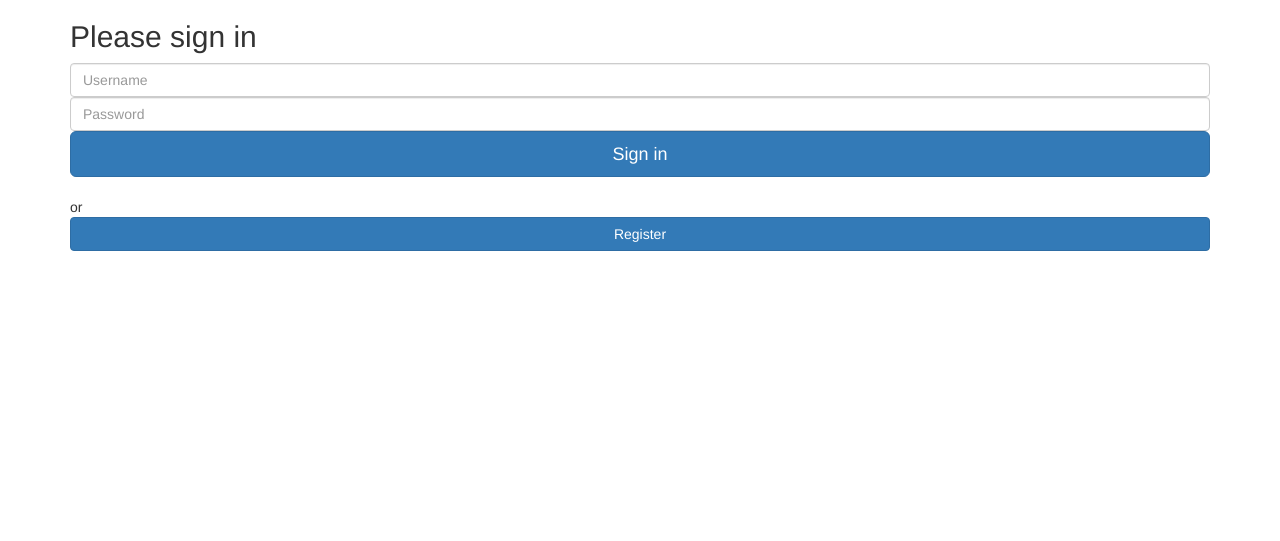
Repository: aaikinsm/FDM-Programs
Page: http://localhost/SoloProject/createExam.jsp
These files come from the project's save history. The page is drawn as it stood at one moment and after the next save; the edit follows.
The browser window is 1280 px wide. The pictures show the whole page.
Some web libraries are served in a nearby version. The page is served by Tomcat 9. Other server files are loaded and not shown.

Above is the page before, as saved 2017-05-26 18:28:02.

### SoloProject/WebContent/login.jsp
<%@ page language="java" contentType="text/html; charset=ISO-8859-1"
    pageEncoding="ISO-8859-1"%>
<!DOCTYPE html PUBLIC "-//W3C//DTD HTML 4.01 Transitional//EN" "http://www.w3.org/TR/html4/loose.dtd">
<html>
<head>
<meta http-equiv="Content-Type" content="text/html; charset=ISO-8859-1">
<title>Login</title>

<!-- Latest compiled and minified CSS -->
<link rel="stylesheet" href="https://maxcdn.bootstrapcdn.com/bootstrap/3.3.7/css/bootstrap.min.css" integrity="sha384-BVYiiSIFeK1dGmJRAkycuHAHRg32OmUcww7on3RYdg4Va+PmSTsz/K68vbdEjh4u" crossorigin="anonymous">

</head>
<body>
	<!--<h1>Login</h1>
	<h2 class="error" style="color:red">${errorMsg} </h2>
	 <form action="login" method="post">
		username: <input type="text" name="username"><br/>
		password: <input type="password" name="password"><br/>
		<input type="submit" value="login">
	</form>
	<br/> -->

	<div class="container">

      <form class="form-signin" action="login" method="post">
        <h2 class="form-signin-heading">Please sign in</h2>
        <h4 class="error" style="color:red">${errorMsg} </h4>
        <label for="username" class="sr-only">Username</label>
        <input type="text" id="username" name="username" class="form-control" placeholder="Username" required>
        <label for="inputPassword" class="sr-only">Password</label>
        <input type="password" id="inputPassword" name="password" class="form-control" placeholder="Password" required>
        <button class="btn btn-lg btn-primary btn-block" type="submit">Sign in</button>
      </form>
      	<br/>
      	or
		<br/>
		<a class="btn btn-primary btn-block" href="register">Register</a>

    </div>
</body>
</html>

After the next save:
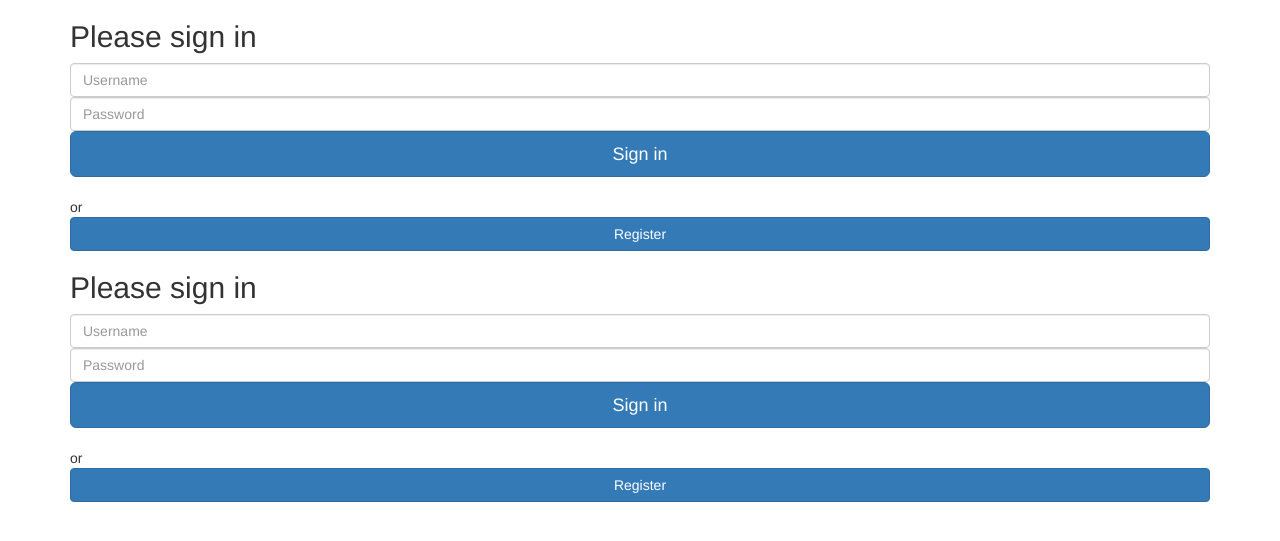
Console error: SyntaxError: Unexpected end of input
Saved 9 min 47 s later.
--- a/SoloProject/WebContent/login.jsp
+++ b/SoloProject/WebContent/login.jsp
@@ -8,7 +8,12 @@
 
 <!-- Latest compiled and minified CSS -->
 <link rel="stylesheet" href="https://maxcdn.bootstrapcdn.com/bootstrap/3.3.7/css/bootstrap.min.css" integrity="sha384-BVYiiSIFeK1dGmJRAkycuHAHRg32OmUcww7on3RYdg4Va+PmSTsz/K68vbdEjh4u" crossorigin="anonymous">
-
+<script src="https://ajax.googleapis.com/ajax/libs/jquery/3.2.1/jquery.min.js"></script>
+<script type="text/javascript">
+	$(document).ready(function(){
+		$("#b1").click(function(){
+	})
+</script>
 </head>
 <body>
 	<!--<h1>Login</h1>
@@ -37,5 +42,23 @@
 		<a class="btn btn-primary btn-block" href="register">Register</a>
 
     </div>
+
+    <div class="container" id="register">
+
+      <form class="form-signin" action="login" method="post">
+        <h2 class="form-signin-heading">Please sign in</h2>
+        <h4 class="error" style="color:red">${errorMsg} </h4>
+        <label for="username" class="sr-only">Username</label>
+        <input type="text" id="username" name="username" class="form-control" placeholder="Username" required>
+        <label for="inputPassword" class="sr-only">Password</label>
+        <input type="password" id="inputPassword" name="password" class="form-control" placeholder="Password" required>
+        <button class="btn btn-lg btn-primary btn-block" type="submit">Sign in</button>
+      </form>
+      	<br/>
+      	or
+		<br/>
+		<button id="b1" class="btn btn-primary btn-block" href="register">Register</button>
+
+    </div>
 </body>
 </html>

After the 3 saves that followed:
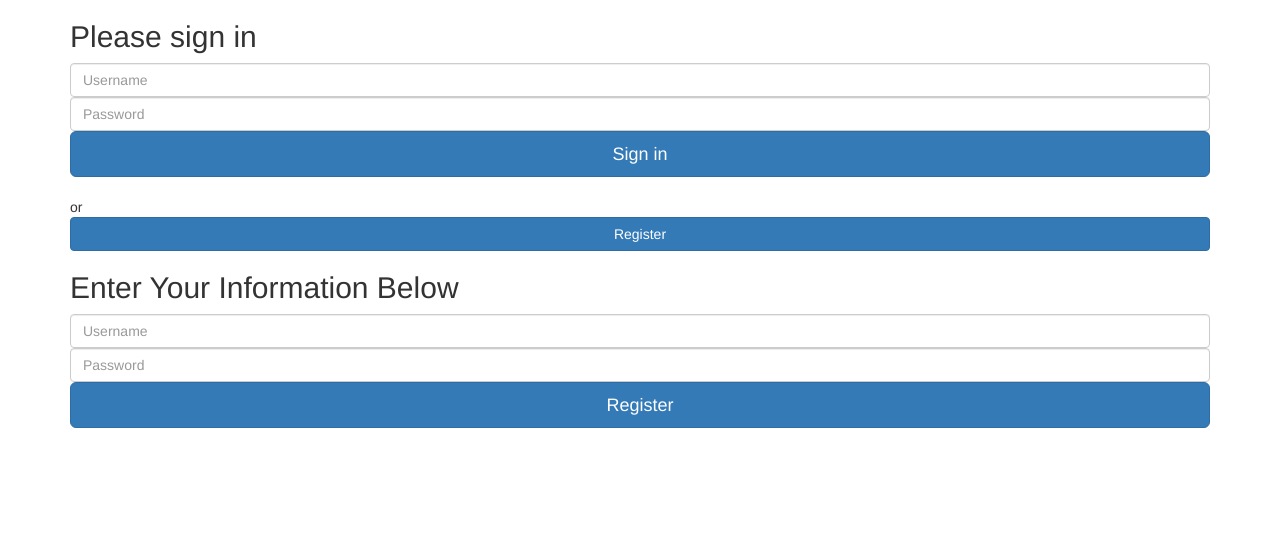
The error is gone.
The 3 saves are shown as one change because 2 left the picture as it was.
The last was saved 6 min 38 s later.
--- a/SoloProject/WebContent/login.jsp
+++ b/SoloProject/WebContent/login.jsp
@@ -12,6 +12,9 @@
 <script type="text/javascript">
 	$(document).ready(function(){
 		$("#b1").click(function(){
+			$("#loginContainer").fadeOut()
+			$("#registerContainer").fadeIn()
+		})
 	})
 </script>
 </head>
@@ -25,7 +28,7 @@
 	</form>
 	<br/> -->
 
-	<div class="container">
+	<div class="container" id="loginContainer">
 
       <form class="form-signin" action="login" method="post">
         <h2 class="form-signin-heading">Please sign in</h2>
@@ -39,25 +42,21 @@
       	<br/>
       	or
 		<br/>
-		<a class="btn btn-primary btn-block" href="register">Register</a>
+		<button id="b1" class="btn btn-primary btn-block">Register</button>
 
     </div>
 
-    <div class="container" id="register">
+    <div class="container" id="registerContainer">
 
-      <form class="form-signin" action="login" method="post">
-        <h2 class="form-signin-heading">Please sign in</h2>
+      <form class="form-signin" action="register" method="post">
+        <h2 class="form-signin-heading">Enter Your Information Below</h2>
         <h4 class="error" style="color:red">${errorMsg} </h4>
         <label for="username" class="sr-only">Username</label>
         <input type="text" id="username" name="username" class="form-control" placeholder="Username" required>
         <label for="inputPassword" class="sr-only">Password</label>
         <input type="password" id="inputPassword" name="password" class="form-control" placeholder="Password" required>
-        <button class="btn btn-lg btn-primary btn-block" type="submit">Sign in</button>
+        <button class="btn btn-lg btn-primary btn-block" type="submit">Register</button>
       </form>
-      	<br/>
-      	or
-		<br/>
-		<button id="b1" class="btn btn-primary btn-block" href="register">Register</button>
 
     </div>
 </body>
